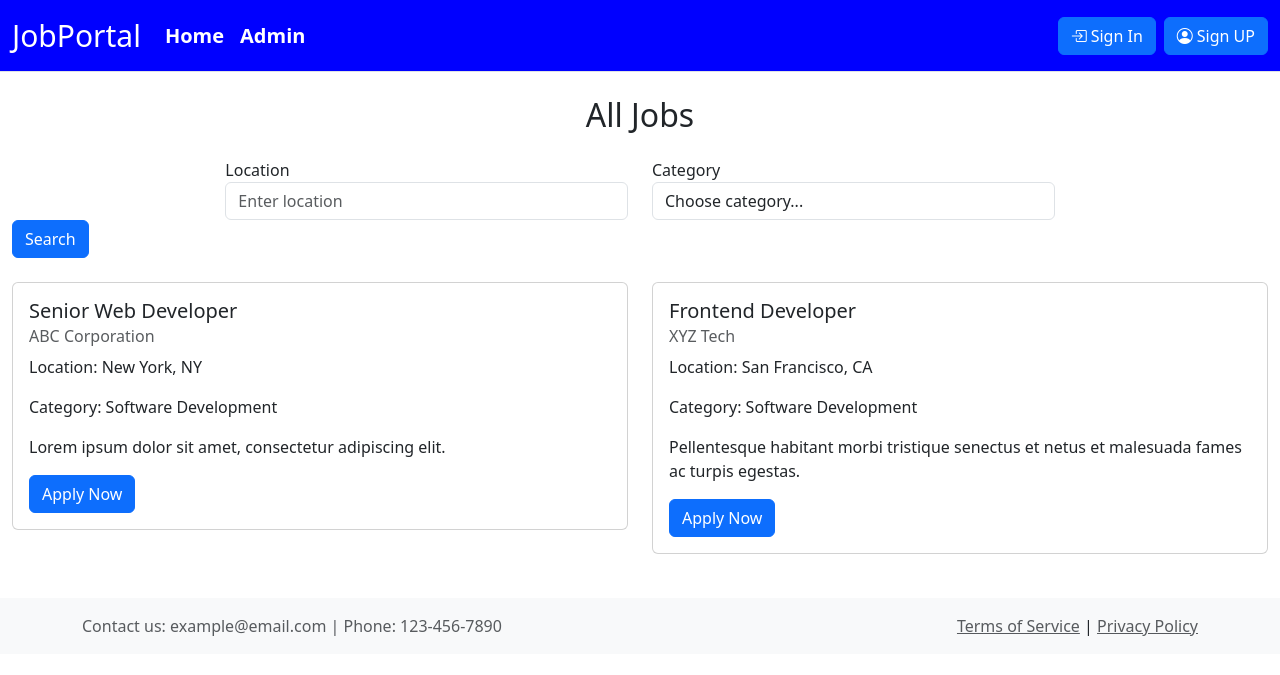
Repository: smruti12344/Job_Portal
Page: http://localhost/Job_portal/home.jsp
An editor plug-in stored every save of this project. The page is shown before and after the next save, followed by the edit.
The browser window is 1280 px wide. The pictures show the whole page.
Some web libraries are served in a nearby version. The page is served by Tomcat 9. Other server files are loaded and not shown.

Above is the page before, as saved 2024-04-17 06:11:32.

### Job_portal/src/main/webapp/home.jsp
<%@ page language="java" contentType="text/html; charset=UTF-8"
    pageEncoding="UTF-8"%>
<!DOCTYPE html>
<html lang="en">
<head>
    <meta charset="UTF-8">
    <meta name="viewport" content="width=device-width, initial-scale=1.0">
    <title>All Jobs</title>
    <!--all file links  -->
<%@include file="Components\alllinks.jsp" %>
    <!-- Custom CSS -->
    <style>
        /* Custom styles */
        .job-card {
            margin-bottom: 20px;
        }
    </style>
</head>
<body>
<%@include file="Components\navbar.jsp" %>
    <div class="container-fluid my-4">
        <h2 class="text-center mb-4">All Jobs</h2>

        <!-- Search form -->
        <form >
            <div class="row d-flex justify-content-center">
                <div class="form-group col-md-4">
                    <label for="inputLocation">Location</label>
                    <input type="text" class="form-control" id="inputLocation" placeholder="Enter location">
                </div>
                <div class="form-group col-md-4">
                    <label for="inputCategory">Category</label>
                    <select id="inputCategory" class="form-control">
                        <option selected>Choose category...</option>
                        <option>Software Development</option>
                        <option>Marketing</option>
                        <option>Finance</option>
                        <!-- Add more categories as needed -->
                    </select>
                </div>


            </div>
              <button type="submit" class="btn btn-primary ">Search</button>
        </form>

        <div class="row mt-4">
            <div class="col-md-6">
                <div class="card job-card">
                    <div class="card-body">
                        <h5 class="card-title">Senior Web Developer</h5>
                        <h6 class="card-subtitle mb-2 text-muted">ABC Corporation</h6>
                        <p class="card-text">Location: New York, NY</p>
                        <p class="card-text">Category: Software Development</p>
                        <p class="card-text">Lorem ipsum dolor sit amet, consectetur adipiscing elit.</p>
                        <a href="#" class="btn btn-primary">Apply Now</a>
                    </div>
                </div>
            </div>
            <!-- Add more job cards as needed -->
            <div class="col-md-6">
                <div class="card job-card">
                    <div class="card-body">
                        <h5 class="card-title">Frontend Developer</h5>
                        <h6 class="card-subtitle mb-2 text-muted">XYZ Tech</h6>
                        <p class="card-text">Location: San Francisco, CA</p>
                        <p class="card-text">Category: Software Development</p>
                        <p class="card-text">Pellentesque habitant morbi tristique senectus et netus et malesuada fames ac turpis egestas.</p>
                        <a href="#" class="btn btn-primary">Apply Now</a>
                    </div>
                </div>
            </div>
        </div>
    </div>

    <footer class="footer mt-auto py-3 bg-light ">
        <div class="container d-flex justify-content-between">
            <span class="text-muted">Contact us: example@email.com | Phone: 123-456-7890</span>
            <div class="float-right">
                <a href="#" class="text-muted">Terms of Service</a> |
                <a href="#" class="text-muted">Privacy Policy</a>
            </div>
        </div>
    </footer>

    <!-- Bootstrap JS and jQuery (optional, for Bootstrap components that require JavaScript) -->
    <script src="https://code.jquery.com/jquery-3.5.1.slim.min.js"></script>
    <script src="https://cdn.jsdelivr.net/npm/@popperjs/core@1.16.1/dist/umd/popper.min.js"></script>
    <script src="https://stackpath.bootstrapcdn.com/bootstrap/4.5.2/js/bootstrap.min.js"></script>
</body>
</html>

### Job_portal/src/main/webapp/Components/alllinks.jsp

<link
	href="https://cdn.jsdelivr.net/npm/bootstrap@5.3.3/dist/css/bootstrap.min.css"
	rel="stylesheet"
	integrity="sha384-QWTKZyjpPEjISv5WaRU9OFeRpok6YctnYmDr5pNlyT2bRjXh0JMhjY6hW+ALEwIH"
	crossorigin="anonymous">

<link rel="stylesheet"
	href="https://cdn.jsdelivr.net/npm/bootstrap-icons@1.11.3/font/bootstrap-icons.min.css">

<script
	src="https://cdn.jsdelivr.net/npm/bootstrap@5.3.3/dist/js/bootstrap.bundle.min.js"
	integrity="sha384-YvpcrYf0tY3lHB60NNkmXc5s9fDVZLESaAA55NDzOxhy9GkcIdslK1eN7N6jIeHz"
	crossorigin="anonymous"></script>

<link rel="stylesheet" href="Components/style.css"></link>

### Job_portal/src/main/webapp/Components/navbar.jsp
 <%@ taglib prefix="c" uri="http://java.sun.com/jsp/jstl/core" %>
 <%@ page isELIgnored="false" %>
<nav class="navbar bg-dark navbar-expand-lg border-bottom border-body bg-custom" >
  <div class="container-fluid">
    <a class="navbar-brand" href="#">JobPortal</a>
    <button class="navbar-toggler" type="button" data-bs-toggle="collapse" data-bs-target="#navbarSupportedContent" aria-controls="navbarSupportedContent" aria-expanded="false" aria-label="Toggle navigation">
      <span class="navbar-toggler-icon"></span>
    </button>
    <div class="collapse navbar-collapse" id="navbarSupportedContent">
      <ul class="navbar-nav me-auto mb-2 mb-lg-0">
        <li class="nav-item">
          <a class="nav-link active" aria-current="page" href="index.jsp">Home</a>
        </li>
        <li class="nav-item">
          <a class="nav-link active" aria-current="page" href="admin.jsp">Admin</a>
        </li>
        <c:if test="${user eq 'admin@gmail.com' }">
           <li class="nav-item">
          <a class="nav-link" href="add_job.jsp"><i class="bi bi-plus-circle-fill me-1"></i>Post jobs</a>
        </li>
        <li class="nav-item">
          <a class="nav-link" href="View.jsp"><i class="bi bi-eye-fill me-1"></i>View jobs</a>
        </li>
        </c:if>




      </ul>
      <form class="d-flex" role="search">
      <c:if test="${not empty user }">

      <a href="#" > <button class="btn btn-primary me-2 " type="button"><i class="bi bi-person-circle me-1"></i>Admin</button></a>
       <a href="signup.jsp"> <button type="button" class="btn btn-primary"><i class="bi bi-box-arrow-in-right me-1"></i>Sign out</button></a>
        </c:if>

      <c:if test="${ empty user }">

      <a href="signin.jsp" > <button class="btn btn-primary me-2 " type="button"><i class="bi bi-box-arrow-in-right me-1"></i>Sign In</button></a>
       <a href="signup.jsp"> <button type="button" class="btn btn-primary"><i class="bi bi-person-circle me-1"></i>Sign UP</button></a>
        </c:if>

      </form>
    </div>
  </div>
</nav>

### Job_portal/src/main/webapp/Components/style.css
.bg-custom{
	background-color: blue !important ;
}
.navbar-brand{
	color: white;
	font-size: 30px;
	user-select: none;
}
.navbar-brand:hover{
	color: white;
	text-shadow: 2px 2px 2px black;
	cursor:auto;
}
.navbar .nav-item .nav-link{
	font-size: 20px;
	color: white;
	font-weight: bold;
}
.navbar .nav-item:hover .nav-link{
	background: white;
	color: black;
	border-radius: 10px;
	cursor: pointer;
}

After the next save:
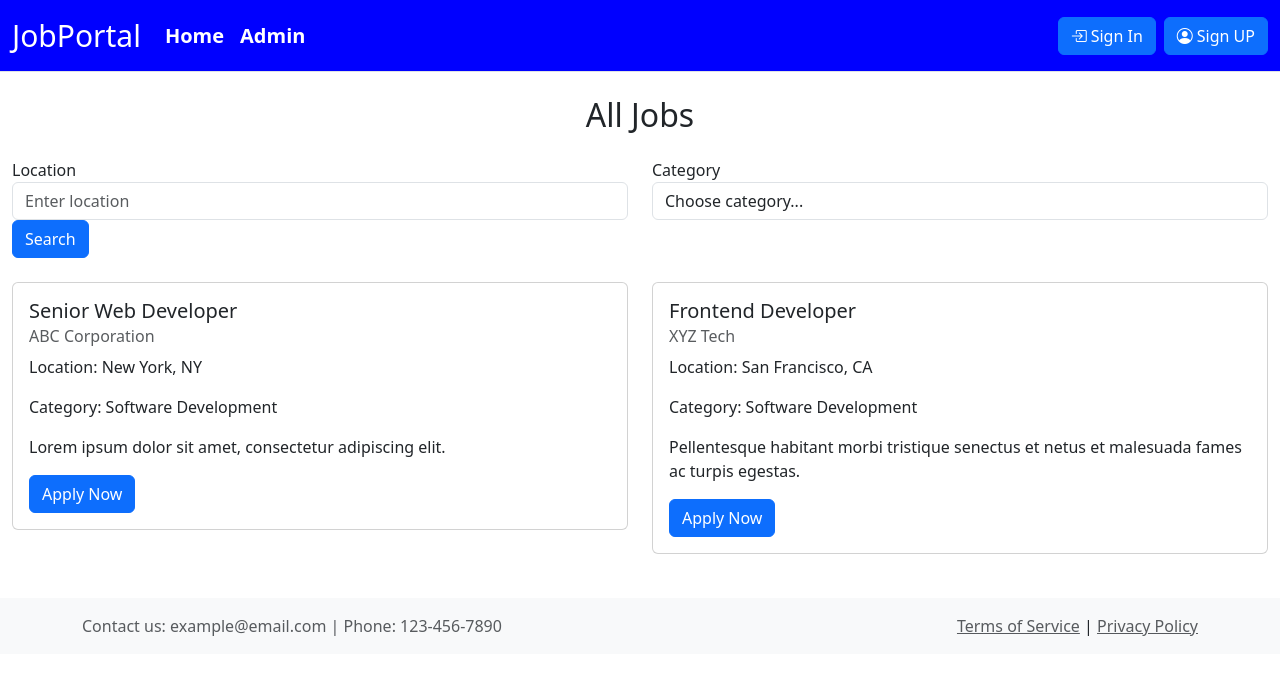
Saved 28 s later.
--- a/Job_portal/src/main/webapp/home.jsp
+++ b/Job_portal/src/main/webapp/home.jsp
@@ -24,11 +24,11 @@
         <!-- Search form -->
         <form >
             <div class="row d-flex justify-content-center">
-                <div class="form-group col-md-4">
+                <div class="form-group col-md-6">
                     <label for="inputLocation">Location</label>
                     <input type="text" class="form-control" id="inputLocation" placeholder="Enter location">
                 </div>
-                <div class="form-group col-md-4">
+                <div class="form-group col-md-6">
                     <label for="inputCategory">Category</label>
                     <select id="inputCategory" class="form-control">
                         <option selected>Choose category...</option>
